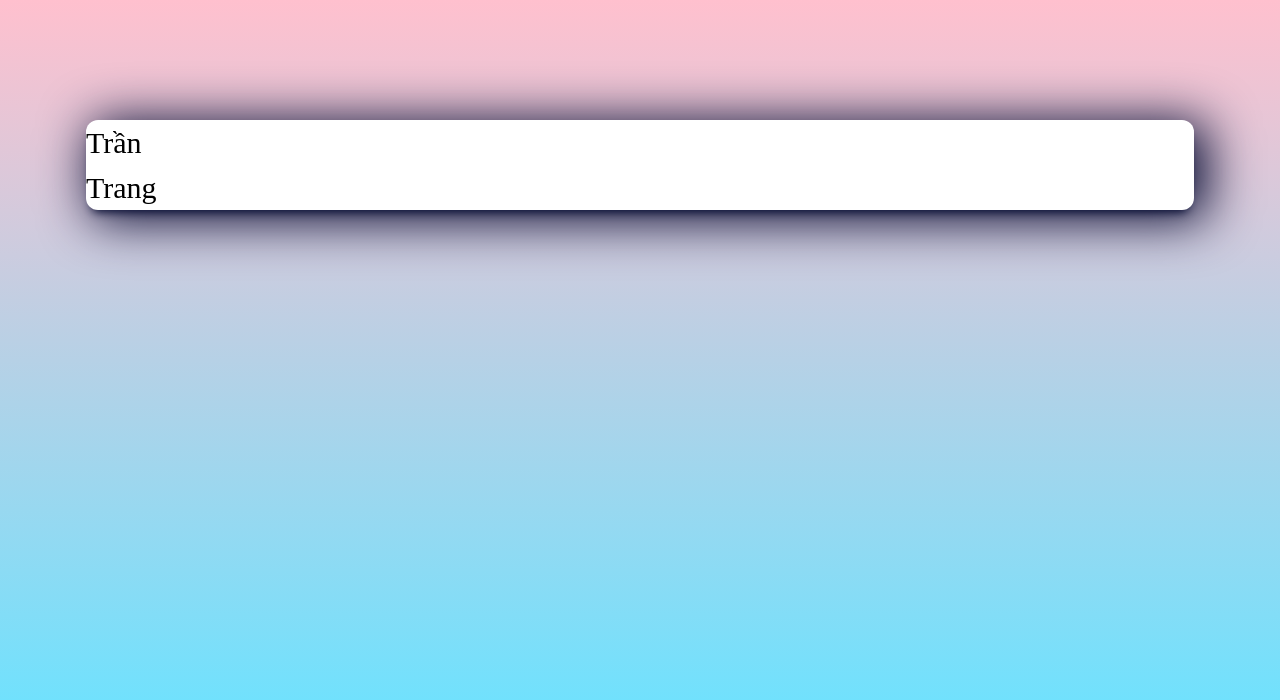
Repository: trantrang2101/CV
Page: index.html
These files come from the project's save history. The page is drawn as it stood at one moment and after the next save; the edit follows.
The browser window is 1280 px wide. The pictures show the whole page.
Some web fonts or font styles are not loaded; a fallback is used.

Above is the page before, as saved 2022-07-13 18:44:55.
Console error: TypeError: Cannot read properties of null (reading 'offsetTop')

After the next save:
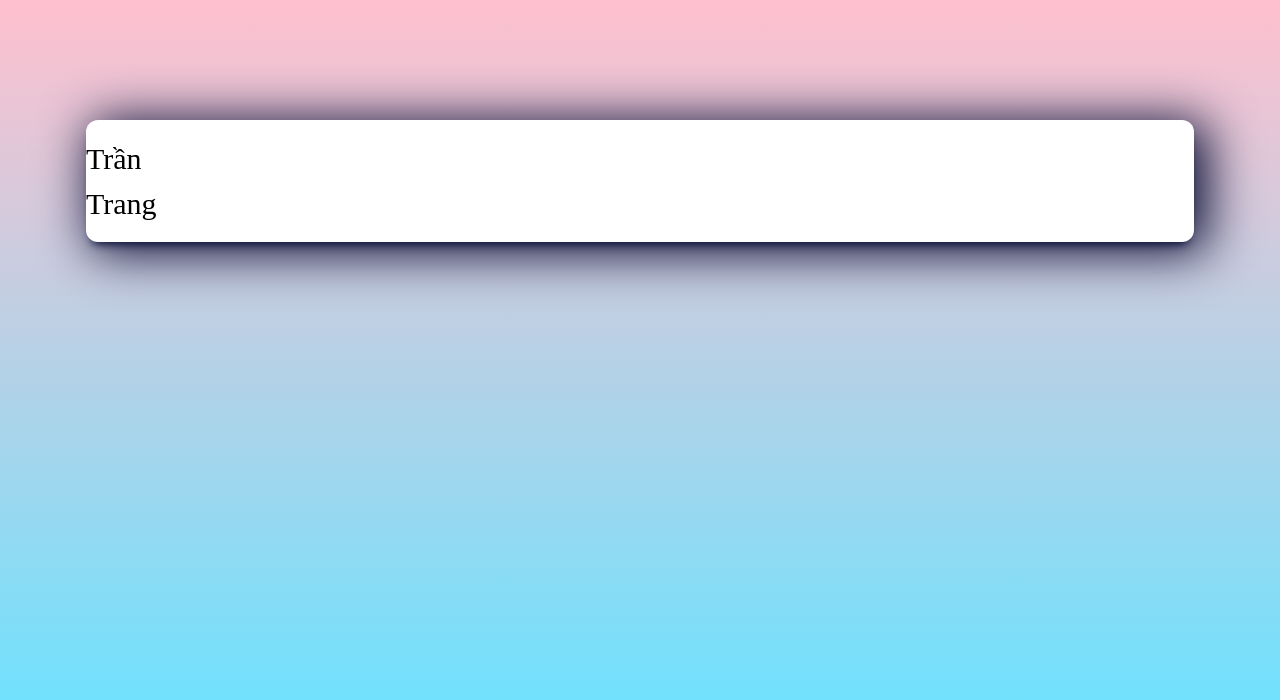
Saved 13 s later.
--- a/index.html
+++ b/index.html
@@ -25,7 +25,7 @@
             <div class="bg-white shadow-xl shadow-dark dark:shadow-xl dark:shadow-light wow fadeInUp rounded-xl"
                 data-wow-delay=".2s" style="visibility: visible; animation-delay: 0.2s">
                 <div class="flex -mx-4 items-center justify-between relative">
-                    <div class="px-4 p-4 w-60 max-w-full">
+                    <div class="px-4 py-4 w-60 max-w-full">
                         <a href="index.html" class="navbar-logo w-full block py-5">
                             <h1 class="font-script">Trần Trang</h1>
                         </a>

After the save that followed:
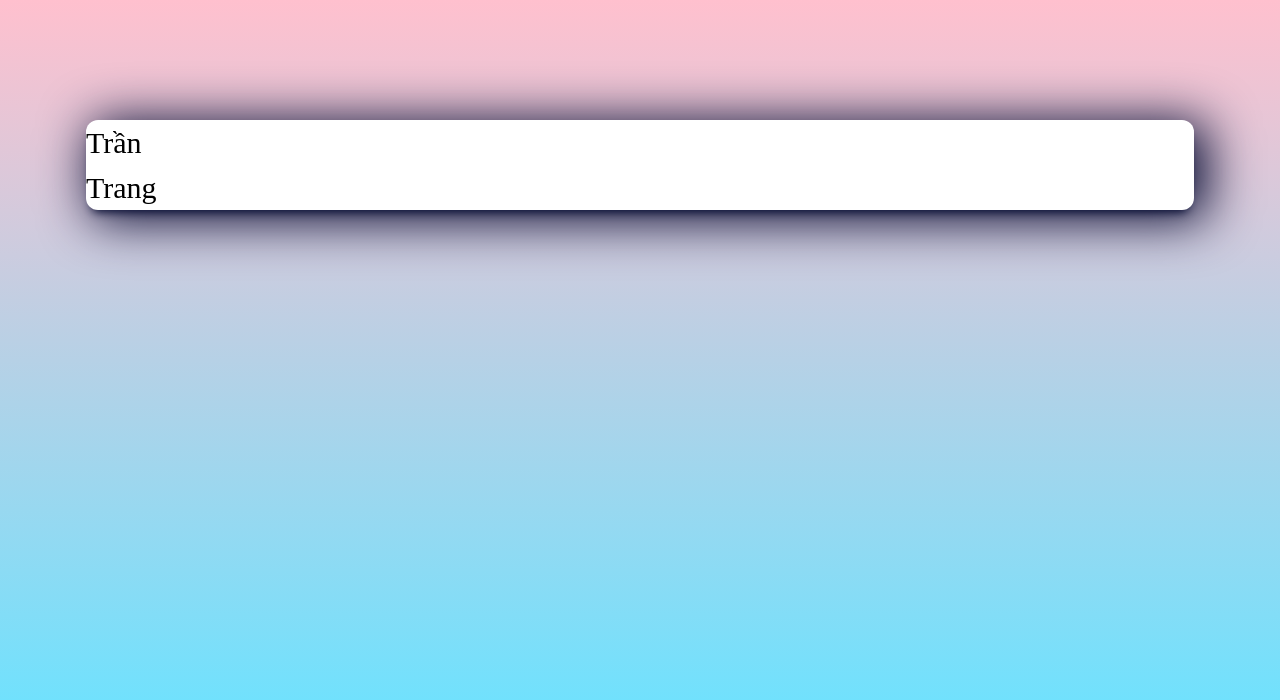
Saved 9 s later.
--- a/index.html
+++ b/index.html
@@ -25,7 +25,7 @@
             <div class="bg-white shadow-xl shadow-dark dark:shadow-xl dark:shadow-light wow fadeInUp rounded-xl"
                 data-wow-delay=".2s" style="visibility: visible; animation-delay: 0.2s">
                 <div class="flex -mx-4 items-center justify-between relative">
-                    <div class="px-4 py-4 w-60 max-w-full">
+                    <div class="px-4 w-60 max-w-full">
                         <a href="index.html" class="navbar-logo w-full block py-5">
                             <h1 class="font-script">Trần Trang</h1>
                         </a>
